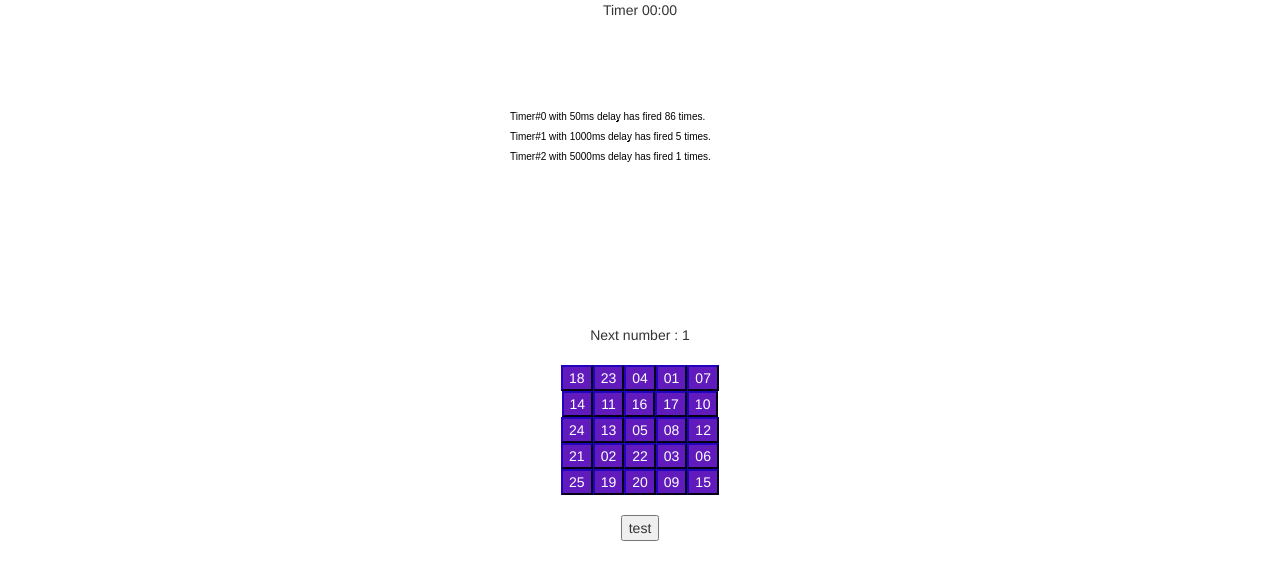
Repository: mikelily/lab
Page: oneTo25/game.2.html
The author's editor kept a record of every edit. The page is drawn from the files as they stood at one moment, then again after the next edit.
The browser window is 1280 px wide. The pictures show the whole page.

Above is the page before.

After the next edit:
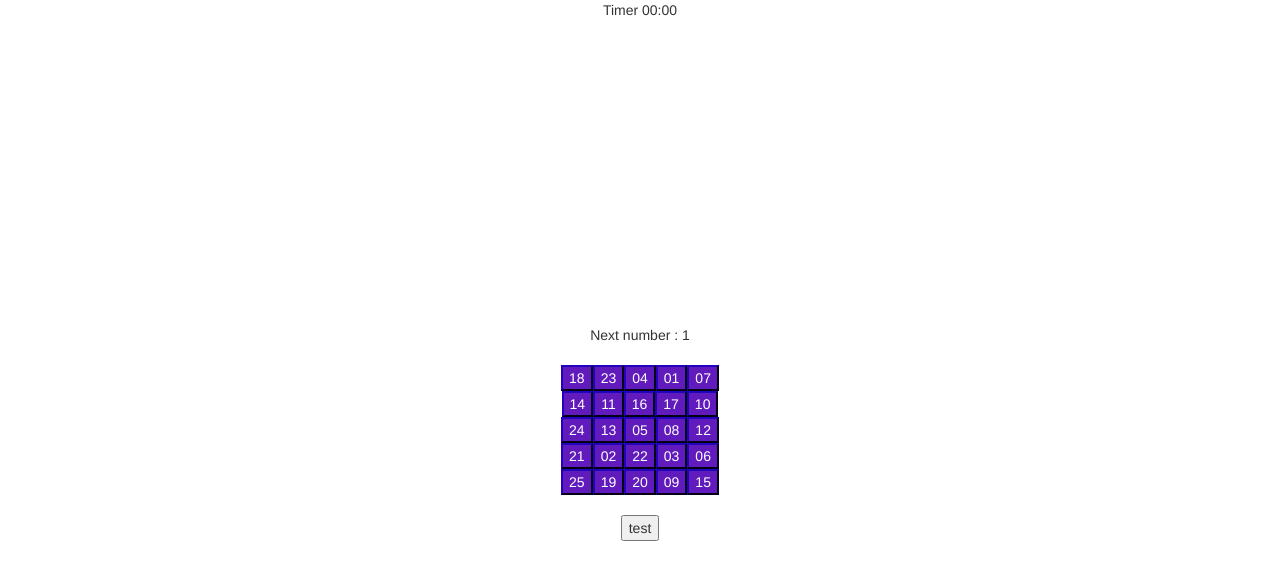
Console error: TypeError: timers.push is not a function
The edit:
--- a/oneTo25/game.2.html
+++ b/oneTo25/game.2.html
@@ -119,8 +119,8 @@
             var ch=canvas.height;
 
 
-            var timers=[];
-            timers.push({delay:50,nextFireTime:0,doFunction:doTimers,counter:0});
+            var timers=0;
+            //timers.push({delay:50,nextFireTime:0,doFunction:doTimers,counter:0});
             timers.push({delay:1000,nextFireTime:0,doFunction:doTimers,counter:0});
             timers.push({delay:5000,nextFireTime:0,doFunction:doTimers,counter:0});
 

After the 2 edits that followed:
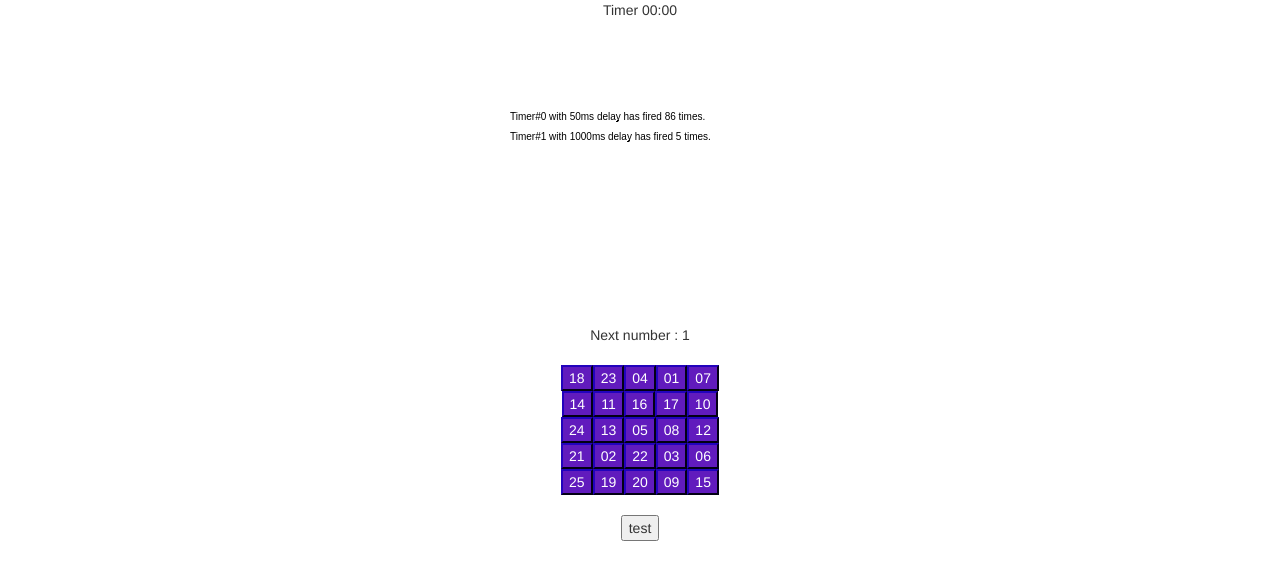
The error is gone.
The 2 edits are shown as one change because 1 left the picture as it was.
The edit:
--- a/oneTo25/game.2.html
+++ b/oneTo25/game.2.html
@@ -119,10 +119,10 @@
             var ch=canvas.height;
 
 
-            var timers=0;
-            //timers.push({delay:50,nextFireTime:0,doFunction:doTimers,counter:0});
+            var timers=[];
+            timers.push({delay:50,nextFireTime:0,doFunction:doTimers,counter:0});
             timers.push({delay:1000,nextFireTime:0,doFunction:doTimers,counter:0});
-            timers.push({delay:5000,nextFireTime:0,doFunction:doTimers,counter:0});
+            //timers.push({delay:5000,nextFireTime:0,doFunction:doTimers,counter:0});
 
             requestAnimationFrame(timerLoop);
 
